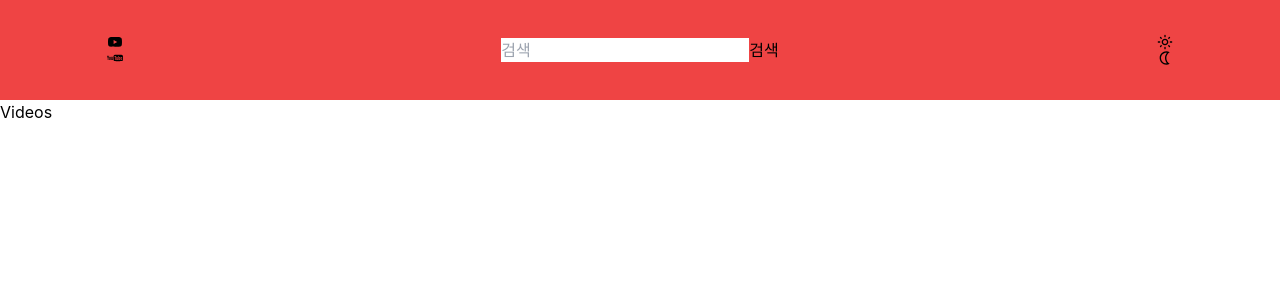
Repository: dnjfht/self-youtube2
Page: /
The author's editor kept a copy of each file at every save. The page is drawn from the files as they stood at one save, then again after the next save.
The browser window is 1280 px wide. The pictures show the whole page.
The project was rebuilt for these pictures with package versions that can differ from the ones it lists, and the page was loaded fresh each time. Also part of the build but not shown: src/pages/NotFoundPage.jsx, src/pages/Detail.jsx.

Above is the page before, as saved 2023-06-28 03:41:56.

### src/App.js
import { RouterProvider, createBrowserRouter } from "react-router-dom";
import Root from "./pages/Root";
import Videos from "./pages/Videos";
import NotFoundPage from "./pages/NotFoundPage";
import Detail from "./pages/Detail";

function App() {
  const router = createBrowserRouter([
    {
      path: "/",
      element: <Root />,
      children: [
        { index: true, element: <Videos /> },
        { path: "/videos", element: <Videos /> },
        { path: "/videos/:keyword", element: <Videos /> },
        { path: "/videos/watch/:videoId", element: <Detail /> },
        { path: "*", element: <NotFoundPage /> },
      ],
    },
  ]);
  return <RouterProvider router={router} />;
}

export default App;

### src/pages/Root.jsx
import React from "react";
import Navbar from "../components/Navbar";
import { Outlet } from "react-router-dom";

export default function Root() {
  return (
    <div>
      <Navbar />
      <Outlet />
    </div>
  );
}

### src/pages/Videos.jsx
import React from "react";

export default function Videos() {
  return <div>Videos</div>;
}

### src/components/Navbar.jsx
import React, { useEffect, useState } from "react";
import { useNavigate, useParams } from "react-router-dom";

import { AiFillYoutube } from "react-icons/ai";
import { ImYoutube2 } from "react-icons/im";
import { MdOutlineLightMode, MdOutlineNightlight } from "react-icons/md";

export default function Navbar() {
  const [text, setText] = useState("");

  const navigate = useNavigate();
  const { keyword } = useParams();
  console.log(keyword);

  const handleTextChange = (e) => {
    setText(e.target.value);
  };

  const handleSearchKeyword = (e) => {
    e.preventDefault();

    navigate(`/videos/${text}`);
  };

  useEffect(() => {
    if (keyword) {
      setText(keyword);
    } else if (keyword === undefined) {
      setText("");
    }
  }, [keyword]);

  return (
    <div className="w-full h-[100px] bg-red-500">
      <div className="w-10/12 h-[100%] mx-auto flex items-center justify-between">
        {/*youtube logo*/}
        <div
          onClick={() => {
            navigate("/");
          }}
        >
          <AiFillYoutube />
          <ImYoutube2 />
        </div>

        {/* 검색창 input */}
        <form onSubmit={handleSearchKeyword}>
          <input
            type="text"
            value={text}
            onChange={handleTextChange}
            placeholder="검색"
          />
          <button>검색</button>
        </form>

        {/* darkMode button */}
        <div>
          <MdOutlineLightMode />
          <MdOutlineNightlight />
        </div>
      </div>
    </div>
  );
}

Loaded but not shown: public/index.html (common file); src/index.js (common file); src/index.css (common file); src/reportWebVitals.js (common file); tailwind.config.js (common file)

After the next save:
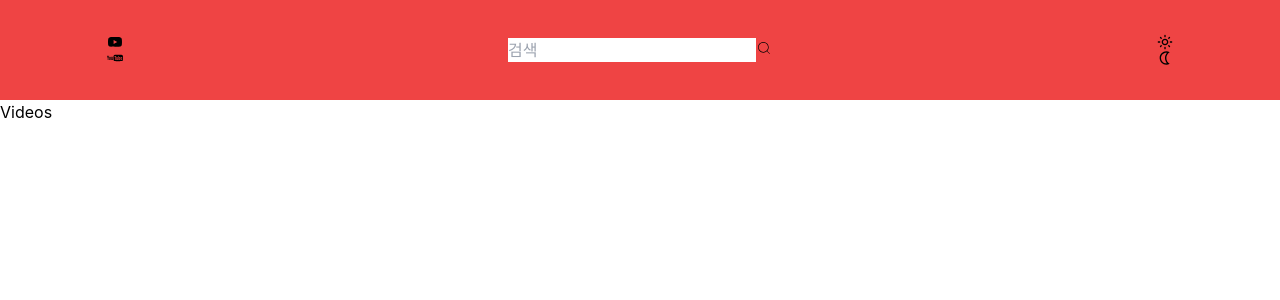
Saved 39 s later.
--- a/src/components/Navbar.jsx
+++ b/src/components/Navbar.jsx
@@ -4,6 +4,7 @@
 import { AiFillYoutube } from "react-icons/ai";
 import { ImYoutube2 } from "react-icons/im";
 import { MdOutlineLightMode, MdOutlineNightlight } from "react-icons/md";
+import { CiSearch } from "react-icons/ci";
 
 export default function Navbar() {
   const [text, setText] = useState("");
@@ -51,7 +52,9 @@
             onChange={handleTextChange}
             placeholder="검색"
           />
-          <button>검색</button>
+          <button>
+            <CiSearch />
+          </button>
         </form>
 
         {/* darkMode button */}
